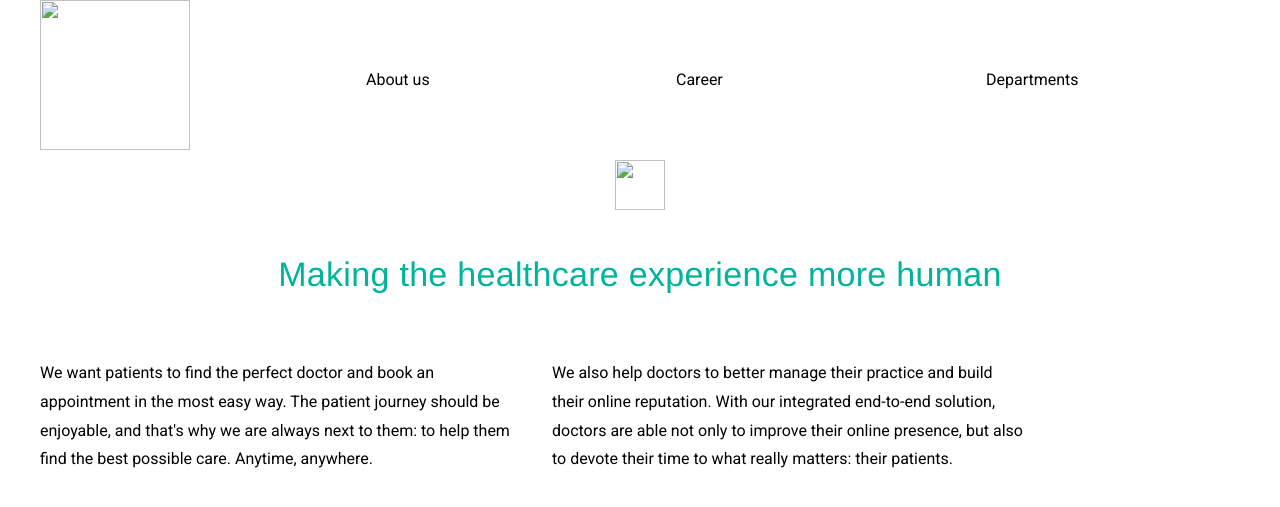
Repository: Hassanine-jaouadi/docplanner
Page: doc-panner.html
These files come from the project's save history. The page is drawn as it stood at one moment and after the next save; the edit follows.
The browser window is 1280 px wide. The pictures show the whole page.
Some web libraries are served in a nearby version.

Above is the page before, as saved 2020-01-17 10:24:59.

### doc-panner.html
<!DOCTYPE html>
<html lang="en">
<!--  the head -->

<head>
    <title> Docplanner Group </title>
    <meta charset="UTF-8">
    <meta name="viewport" content="width=device-width, initial-scale=1.0">
    <link rel="stylesheet" href="style.css">
    <link rel="icon" href="file:///Users/hjaouadi/Documents/Wistia/Doc-planner/it.docplanner-w130.png" type="image/gif"
        sizes="16x16">

    <script src="https://kit.fontawesome.com/7e294a499a.js" crossorigin="anonymous"></script>
    <link href="https://fonts.googleapis.com/css?family=Roboto&display=swap" rel="stylesheet">

</head>

<!--  the body -->

<body>
    <nav class=" flex-container">
        <ul class="flex-container">
            <li> <img src="file:///Users/hjaouadi/Documents/Wistia/Doc-planner/logo-default-group-en.svg"
                    class="docplanner-nav-logo" width="150" height="150" /></li>
            <li> <a href="https://www.docplanner.com/about-us" class="flex-item"> About us</a> </li>
            <li> <a href="https://www.docplanner.com/career" class="flex-item">Career</a> </li>
            <li> <a href="https://www.docplanner.com/departments" class="flex-item">Departments</a> </li>
        </ul>
    </nav>

    <div class="logo-under-nav"><img src="file:///Users/hjaouadi/Documents/Wistia/Doc-planner/it.docplanner-w130.png"
            width="50" height="50" />
    </div>

    <h1 class="main-h1"> Making the healthcare experience more human </h1>

    <!--  first two paragraphs -->
    <div class="first-two-paragraphs">
        <p class="paragraph-1">
            We want patients to find the perfect doctor and book an appointment in the most easy way. The patient
            journey should be enjoyable, and that's why we are always next to them: to help them find the best possible
            care. Anytime, anywhere.
        </p>

        <p class="paragraph-1">
            We also help doctors to better manage their practice and build their online reputation. With our integrated
            end-to-end solution, doctors are able not only to improve their online presence, but also to devote their
            time to what really matters: their patients.
        </p>

    </div>
</body>

</html>

### style.css
html,body
{
    width: 100%;
    height: 100%;
    margin: 0px;
    padding: 0px;
    overflow-x: hidden;
}

* {
    box-sizing: border-box;
    margin: 0;
    font-family: 'Roboto', sans-serif;
    background-color: ffff;
    line-height: 1.8 ;

}

/* nav bar flex container */
.flex-container{
    display: flex;
    justify-content: space-between;
    align-items: center;
    justify-content: end;
    justify-content: right;
    width: 100%;
}

.flex-item {
    flex: 1;
    justify-content: flex-end;
   justify-items: flex-end;
}


.flex-container  a {
    color: black;
    padding: 12px 16px;
    text-decoration: none ;
    display: block;

  }

  li {
      list-style: none;
      flex: 3;
 }

  .flex-container > :nth-child(1) {
    display: ri;
  }

 /* image under nav */

 .logo-under-nav {
     display: flex;
     justify-content: center;
 }

 div.logo-under-nav{
     width:100%;
 }

 /* the main h1 */
 h1  {
    display: flex;
    align-items: center;
    justify-content: center;
    margin: 1em 0;
    font-family: Helvetica Neue,Helvetica,Arial,sans-serif;
    font-weight: 300;
    letter-spacing: .3px;
    font-size: 2.125rem;
    color: #00b39b;
 }

 /* first two paragraphs  */
.first-two-paragraphs{
    display: flex;
    justify-content: center;
    justify-content: space-between;
    width:80%;

    margin-top: 0px;
    margin-right: 20px;
    margin-bottom: 0px;
    margin-left: 20px;

}

.paragraph-1{
    width: 50%;
    text-align: left;
    margin: 20px;
}
.paragraph-2{
    width: 50%;
    text-align: left;
    margin: 20px;
}

After the next save:
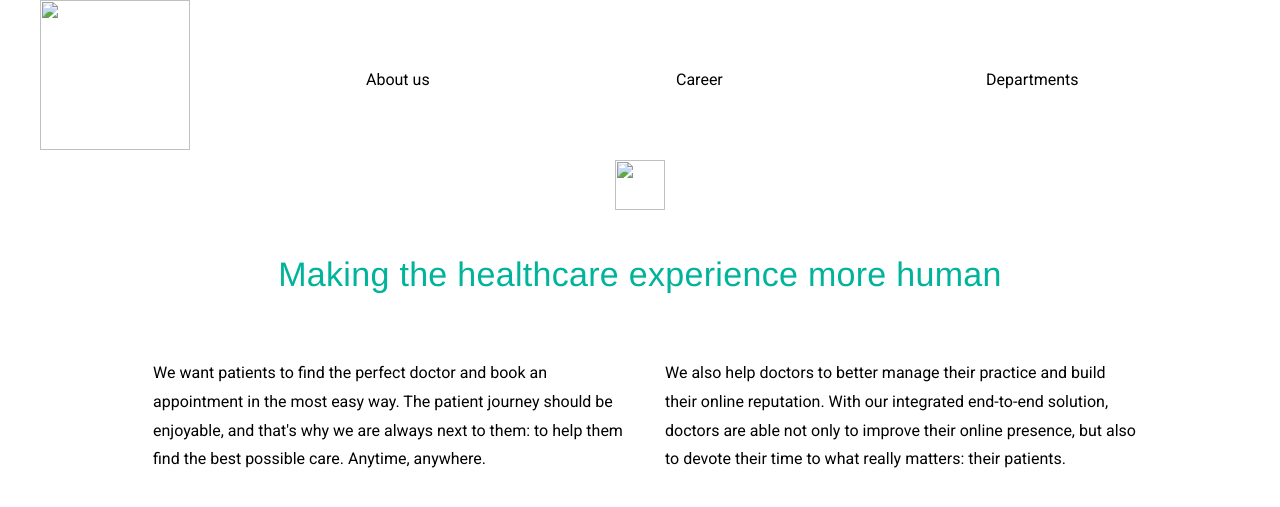
Saved 90 s later.
--- a/style.css
+++ b/style.css
@@ -84,7 +84,7 @@ html,body
     margin-top: 0px;
     margin-right: 20px;
     margin-bottom: 0px;
-    margin-left: 20px;
+    margin-left: 133px;
 
 }
 
